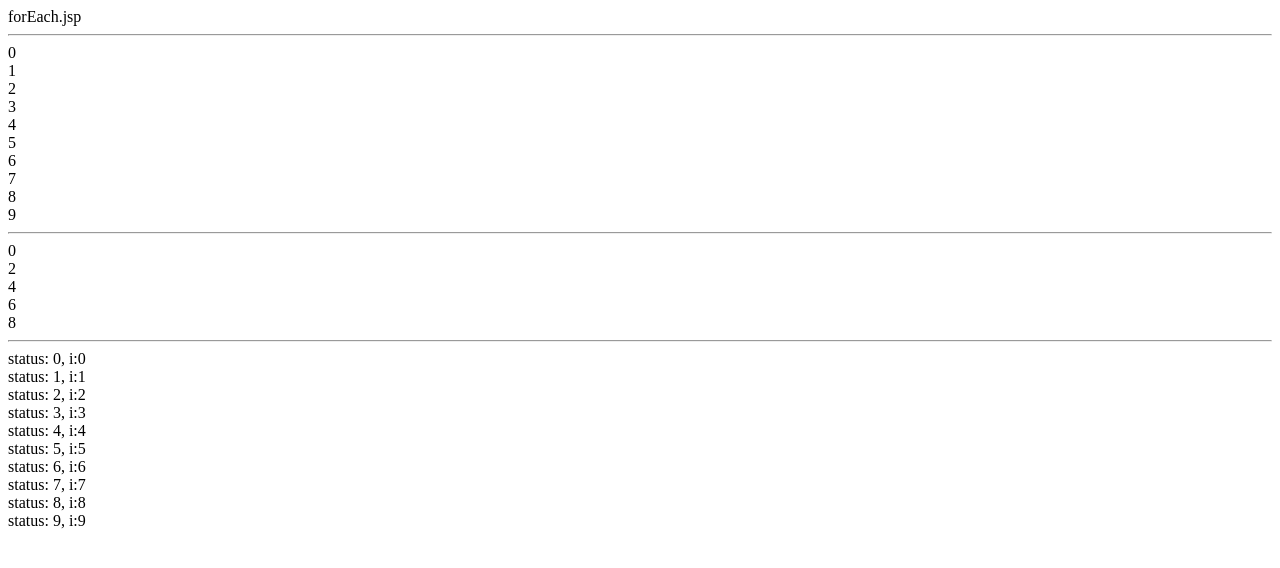
Repository: cartoon1110/KosaSwCourse
Page: http://localhost/JSPprogramming/ch11/forEach.jsp
An editor plug-in stored every save of this project. The page is shown before and after the next save, followed by the edit.
The browser window is 1280 px wide. The pictures show the whole page.
The page is served by Tomcat 9.

Above is the page before, as saved 2015-08-29 08:05:45.

After the next save:
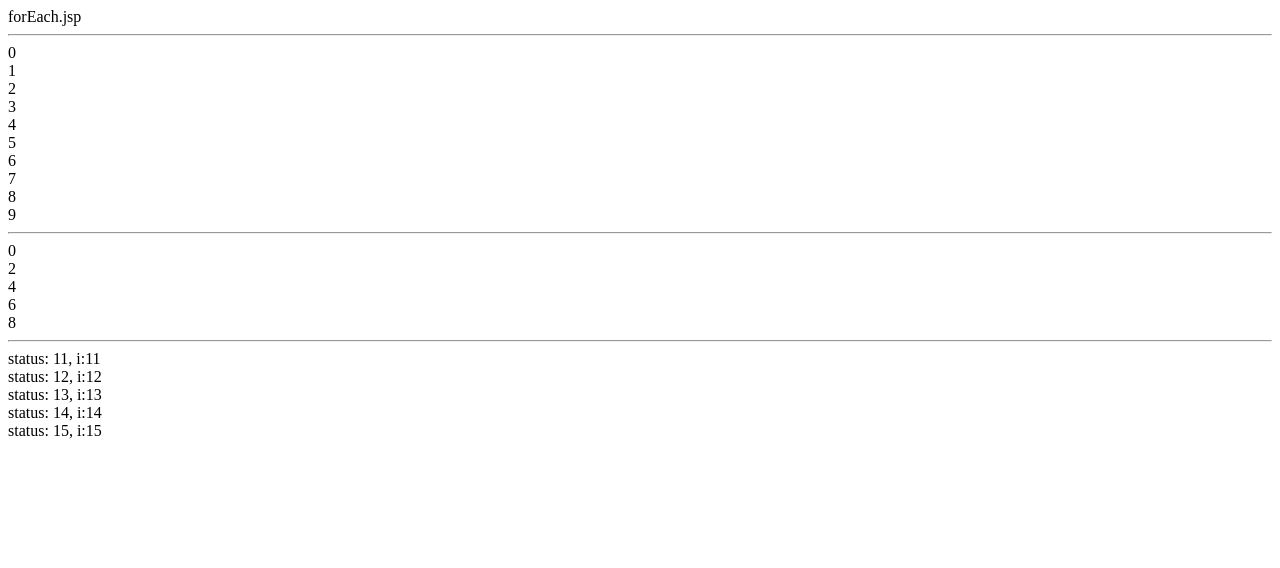
Saved 45 s later.
--- a/workspace-web/JSPprogramming/WebContent/ch11/forEach.jsp
+++ b/workspace-web/JSPprogramming/WebContent/ch11/forEach.jsp
@@ -24,7 +24,7 @@
 		</c:forEach>
 
 		<hr/>
-		<c:forEach var="i" begin="0" end="9" varStatus="status">
+		<c:forEach var="i" begin="11" end="15" varStatus="status">
 			status: ${status.index}, i:${i} <br/>
 		</c:forEach>
 
